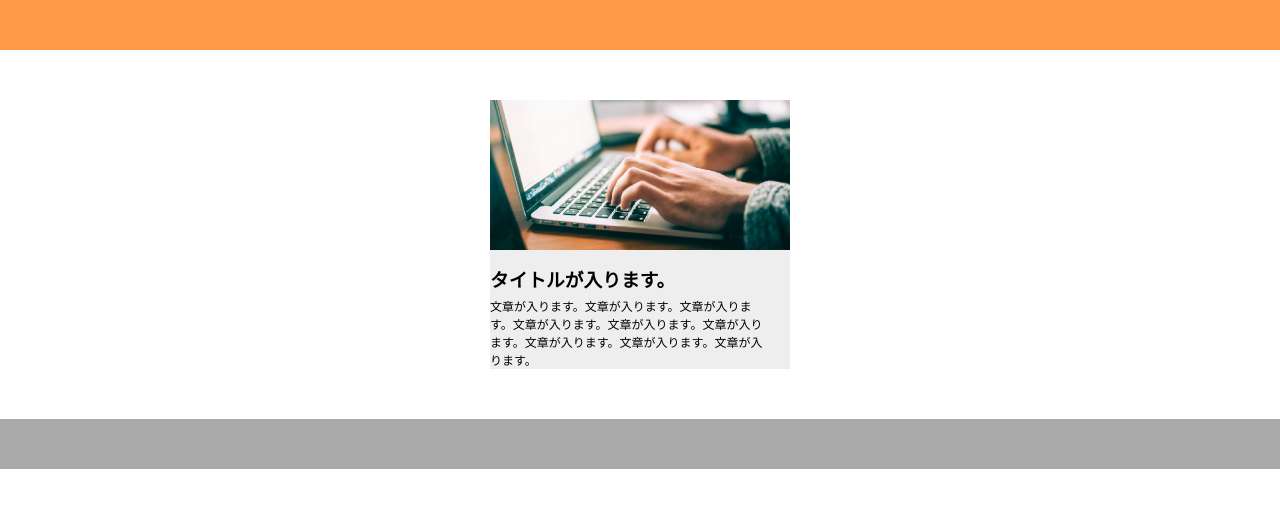
Repository: tkikokiko/webcamp-practice
Page: 1-9/index1-9-2.html
The author's editor kept a record of every edit. The page is drawn from the files as they stood at one moment, then again after the next edit.
The browser window is 1280 px wide. The pictures show the whole page.

Above is the page before.

After the next edit:
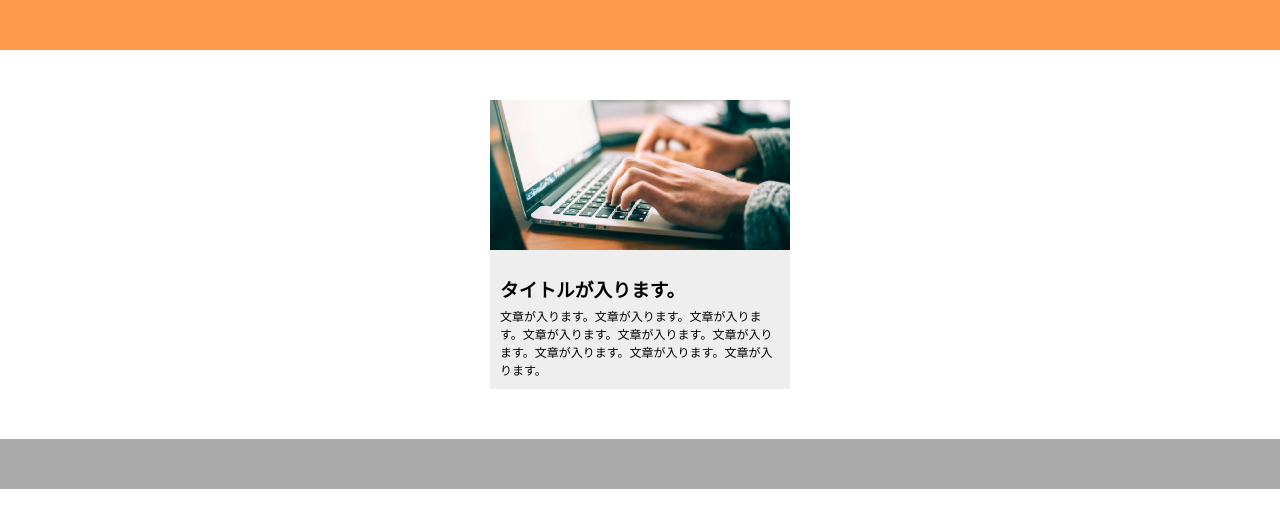
The edit:
--- a/1-9/style1-9-2.css
+++ b/1-9/style1-9-2.css
@@ -37,11 +37,10 @@
 /*  background-color: #ff9a4b;*/
 /*}*/
 
-/*.main-contents {*/
-/*  top: 0;*/
-/*  right: 0;*/
-/*  width: 300px;*/
-/*}*/
+.main-contents {
+  width: 300px;
+  padding: 10px;
+}
 
 .main-image {
   height: 150px;
